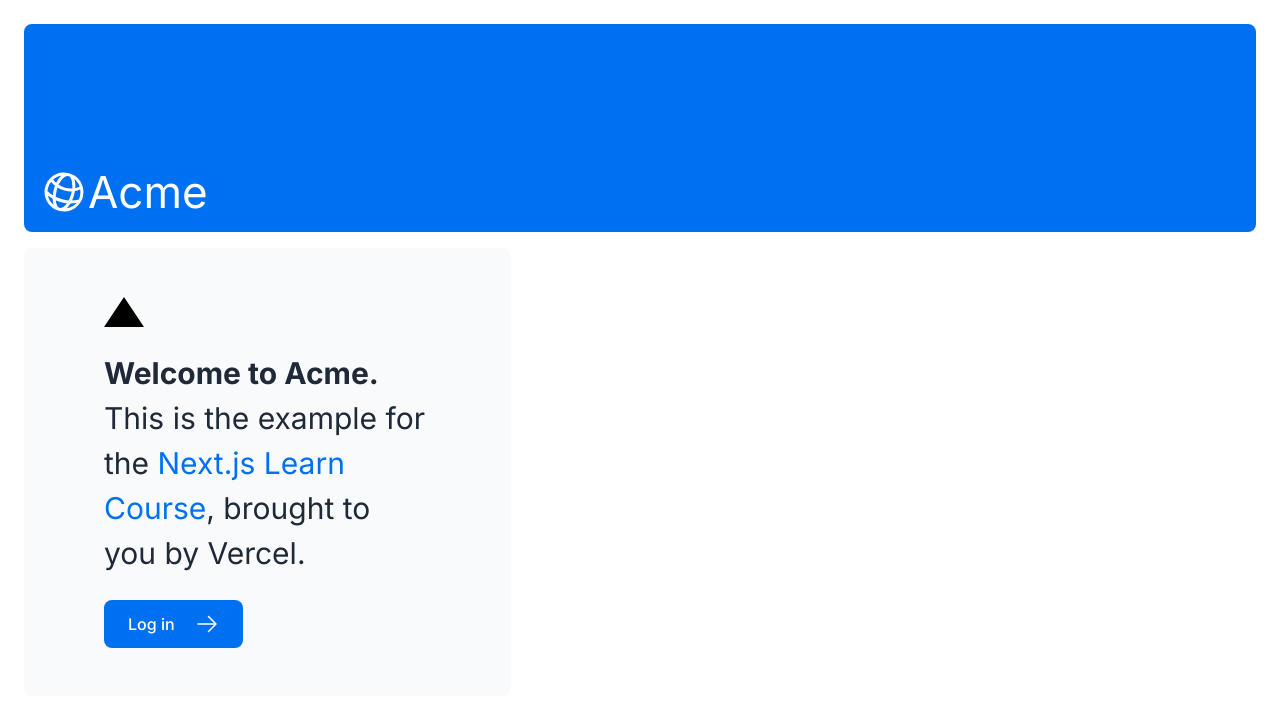
Repository: ankit-Kumar-4/nextjs-dashboard
Page: /
The author's editor kept a copy of each file at every save. The page is drawn from the files as they stood at one save, then again after the next save.
The browser window is 1280 px wide. The pictures show the whole page.
The project was rebuilt for these pictures with package versions that can differ from the ones it lists, and the page was loaded fresh each time. The framework's server and built-in components were replaced by stand-ins that run in the browser. Also part of the build but not shown: next.config.mjs.

Above is the page before, as saved 2024-06-27 21:57:48.

After the next save:
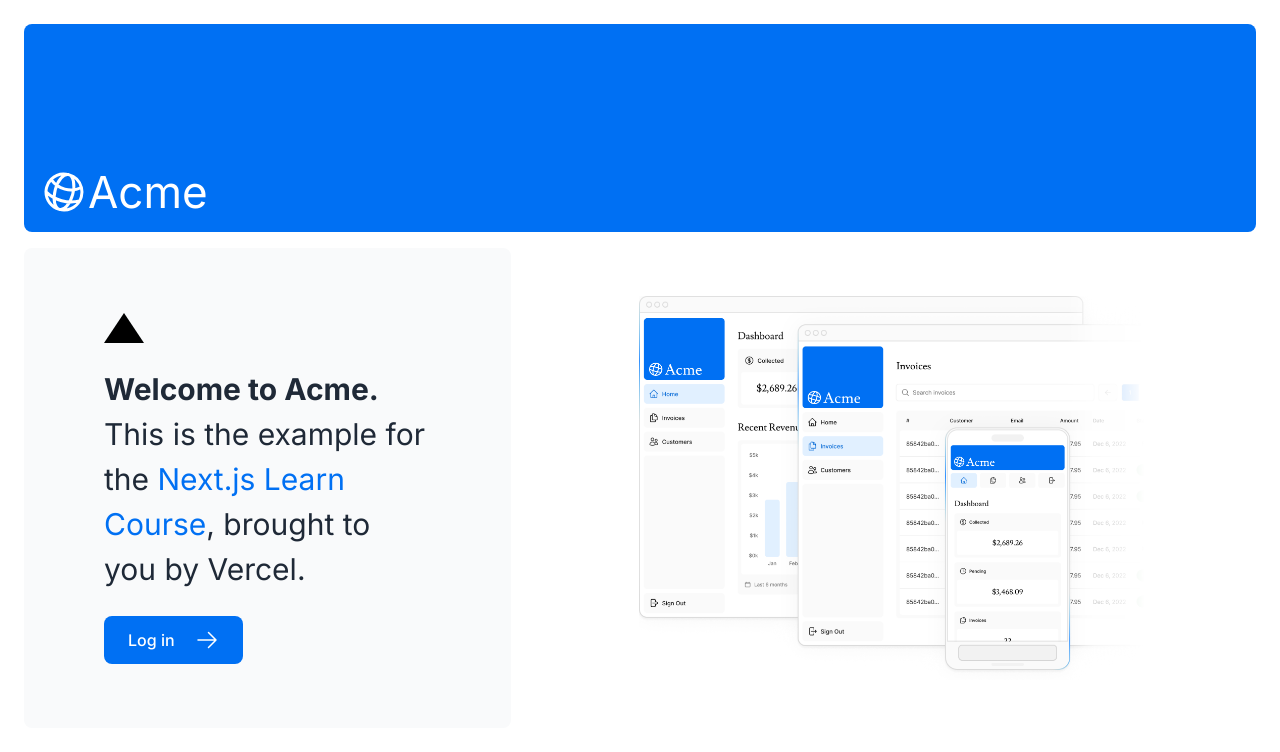
Saved 111 s later.
--- a/app/page.tsx
+++ b/app/page.tsx
@@ -33,6 +33,13 @@
         </div>
         <div className="flex items-center justify-center p-6 md:w-3/5 md:px-28 md:py-12">
           {/* Add Hero Images Here */}
+          <Image
+            src="/hero-desktop.png"
+            width={1000}
+            height={760}
+            className='hidden md:block'
+            alt='Screenshots of the dashboard project showing desktop version'
+          />
         </div>
       </div>
     </main>
